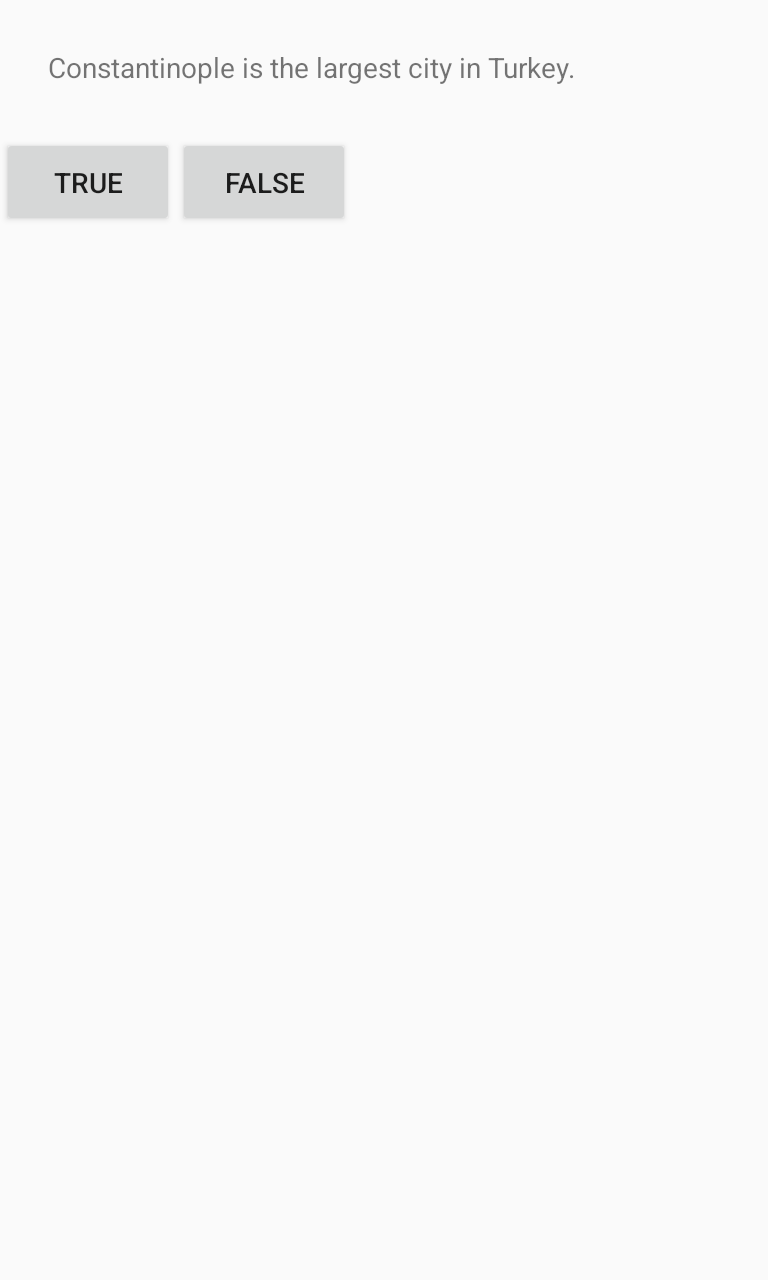
Repository: stoone/android
Layout: GeoQuiz/res/layout/activity_quiz.xml
The author's editor kept a copy of each file at every save. The layout is drawn from the files as they stood at one save, then again after the next save.
It is drawn on a 768 x 1280 px phone screen (xhdpi) without system bars, with theme AppTheme; the app's code is not run.

Above is the layout before, as saved 2014-08-24 14:07:58.

After the next save:
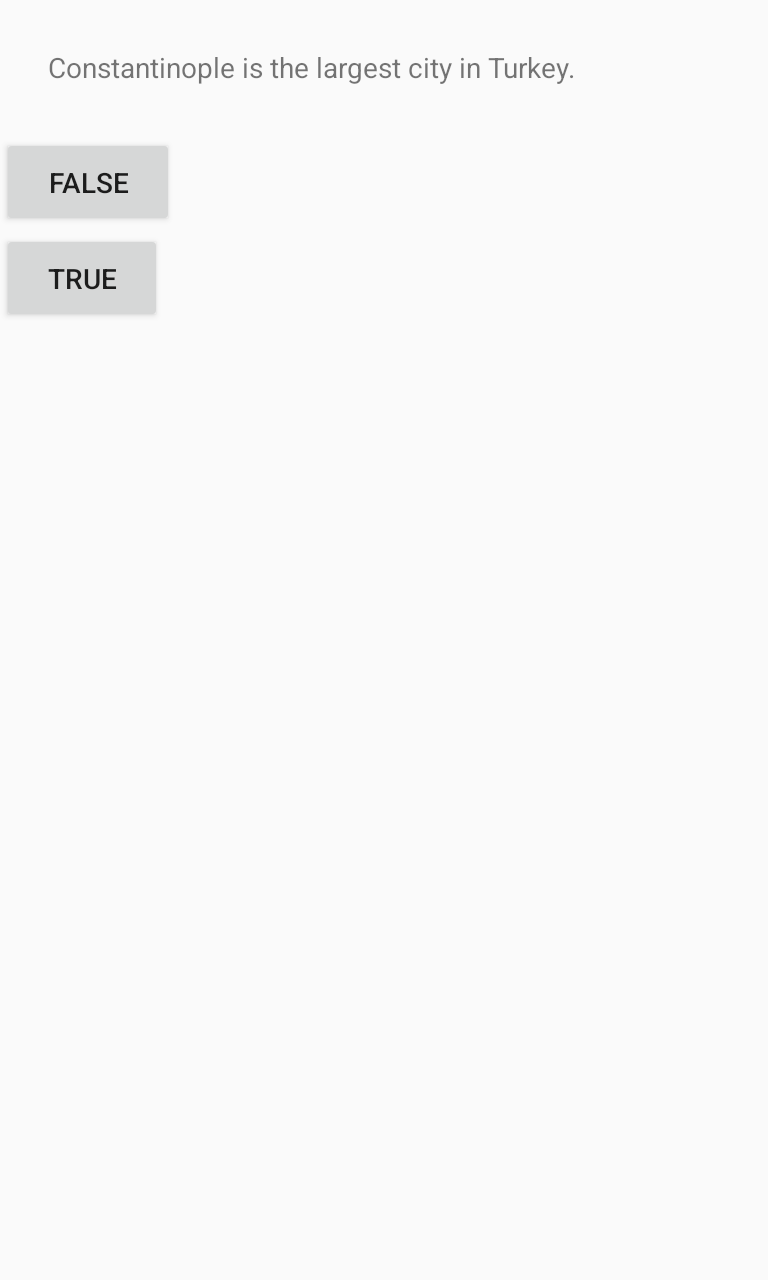
Saved 3 min 34 s later.
--- a/GeoQuiz/res/layout/activity_quiz.xml
+++ b/GeoQuiz/res/layout/activity_quiz.xml
@@ -3,6 +3,12 @@
     android:layout_height="match_parent"
     android:layout_gravity="center"
     android:orientation="vertical" >
+
+    <LinearLayout
+        android:layout_width="wrap_content"
+        android:layout_height="wrap_content"
+        android:orientation="horizontal" >
+    </LinearLayout>
 
     <TextView
         android:layout_width="wrap_content"
@@ -10,23 +16,16 @@
         android:padding="24dp"
         android:text="@string/question_text" />
 
-    <LinearLayout
+    <Button
+        android:id="@+id/false_button"
         android:layout_width="wrap_content"
         android:layout_height="wrap_content"
-        android:orientation="horizontal" >
+        android:text="@string/false_button" />
 
-	    <Button
-	        android:id="@+id/true_button"
-	        android:layout_width="wrap_content"
-	        android:layout_height="wrap_content"
-	        android:text="@string/true_button" />
-
-	    <Button
-	        android:id="@+id/false_button"
-	        android:layout_width="wrap_content"
-	        android:layout_height="wrap_content"
-	        android:text="@string/false_button" />
-
-    </LinearLayout>
+    <Button
+        android:id="@+id/true_button"
+        android:layout_width="82dp"
+        android:layout_height="wrap_content"
+        android:text="@string/true_button" />
 
 </LinearLayout>
